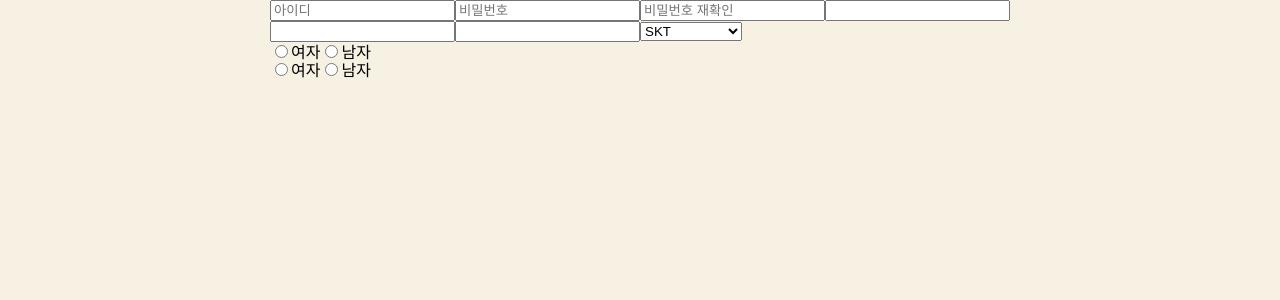
Repository: LeeYuNa0402/pokemon_vite
Page: /CreateAccount
An editor plug-in stored every save of this project. The page is shown before and after the next save, followed by the edit.
The browser window is 1280 px wide. The pictures show the whole page.
The project was rebuilt for these pictures with package versions that can differ from the ones it lists, and the page was loaded fresh each time. Also part of the build but not shown: vite.config.ts, src/CombineMenu.tsx, src/Loading.tsx, src/PokemonList.tsx, src/App.tsx, src/css/pokemon_type.css, src/PokemonDetail.tsx, src/Login.tsx and 1 more.

Above is the page before, as saved 2023-10-17 14:48:20.

### src/main.tsx
// import React from "react";
// import ReactDOM from "react-dom/client";
// import App from "./App.tsx";
// import "./index.css";

// ReactDOM.createRoot(document.getElementById("root")!).render(
//   <>
//     <App />
//   </>
// );

import ReactDOM from "react-dom/client";
import "./index.css";
import App from "./App";
import PokemonDetail from "./PokemonDetail";
import Login from "./Login";
import LoginInfo from "./LoginInfo";

import { createBrowserRouter, RouterProvider } from "react-router-dom";
import CreateAccount from "./CreateAccount";

const router = createBrowserRouter([
  {
    path: "/",
    element: <App />,
  },
  {
    path: ":name",
    element: <PokemonDetail />,
  },
  {
    path: "Login",
    element: <Login />,
  },
  {
    path: "LoginInfo",
    element: <LoginInfo />,
  },
  {
    path: "CreateAccount",
    element: <CreateAccount />,
  },
]);

// const router = createBrowserRouter([
//   {
//     path: "/",
//     element: <Login />,
//   },
//   {
//     path: ":name",
//     element: <PokemonDetail />,
//   },
//   {
//     path: "App",
//     element: <App />,
//   },
//   {
//     path: "LoginInfo",
//     element: <LoginInfo />,
//   },
// ]);

const root = ReactDOM.createRoot(
  document.getElementById("root") as HTMLElement
);
root.render(<RouterProvider router={router} />);

### src/CreateAccount.tsx
const CreateAccount = () => {
  return (
    <div className="CreateAccount">
      <form>
        <input type="text" placeholder="아이디" />
        <input type="password" placeholder="비밀번호" />
        <input type="password" placeholder="비밀번호 재확인" />
        <input type="text" />
      </form>

      <form>
        <input type="text" />
        <input type="생년월일 8자리" />
        <select>
          <option>SKT</option>
          <option>KT</option>
          <option>LG U+</option>
          <option>SKT 알뜰폰</option>
          <option>KT 알뜰폰</option>
          <option>LG U+ 알뜰폰</option>
        </select>
      </form>

      <form>
        <label>
          <input type="radio" value="woman" name="gender" />
          여자
        </label>
        <label>
          <input type="radio" value="man" name="gender" />
          남자
        </label>
      </form>

      <form>
        <label>
          <input type="radio" value="woman" name="gender" />
          여자
        </label>
        <label>
          <input type="radio" value="man" name="gender" />
          남자
        </label>
      </form>
    </div>
  );
};

export default CreateAccount;

### src/css/reset.css
html,
body,
div,
span,
applet,
object,
iframe,
h1,
h2,
h3,
h4,
h5,
h6,
p,
blockquote,
pre,
a,
abbr,
acronym,
address,
big,
cite,
code,
del,
dfn,
em,
img,
ins,
kbd,
q,
s,
samp,
small,
strike,
strong,
sub,
sup,
tt,
var,
b,
u,
i,
center,
dl,
dt,
dd,
ol,
ul,
li,
fieldset,
form,
label,
legend,
table,
caption,
tbody,
tfoot,
thead,
tr,
th,
td,
article,
aside,
canvas,
details,
embed,
figure,
figcaption,
footer,
header,
hgroup,
menu,
nav,
output,
ruby,
section,
summary,
time,
mark,
audio,
video {
  color: #000;
  margin: 0;
  padding: 0;
  border: 0;
  font-size: 100%;
  font: inherit;
  vertical-align: baseline;
  /* color: #000; */
}
/* HTML5 display-role reset for older browsers */
article,
aside,
details,
figcaption,
figure,
footer,
header,
hgroup,
menu,
nav,
section {
  display: block;
}
body {
  line-height: 1;
}
ol,
ul {
  list-style: none;
}
blockquote,
q {
  quotes: none;
}
blockquote:before,
blockquote:after,
q:before,
q:after {
  content: "";
  content: none;
}
table {
  border-collapse: collapse;
  border-spacing: 0;
}

### src/css/style.css
#root {
  display: flex;
  justify-content: center;
  align-items: flex-start;
  /* height: 100vh; */
  /* background-color: rgba(26, 82, 142, 1);
    background-image: linear-gradient(to top, #304667, #041f4c);
    background: linear-gradient(to top, #304667, rgba(66, 16, 100, 0.6)),
      url(../image/cloude.png) no-repeat right 0; */
  background-color: #f6f1e3;
  /* padding: 8rem 0 8rem; */
  min-height: 100vh;
  width: 100%;
}

.pokemon-detail {
  text-align: center;
  width: 41%;
  background-color: #fcfcfc;
  border-radius: 20px;
  padding: 4rem 0;
  --tw-shadow: 0 4px 6px -1px rgb(0 0 0 / 0.1), 0 2px 4px -2px rgb(0 0 0 / 0.1);
  --tw-shadow-colored: 0 4px 6px -1px var(--tw-shadow-color),
    0 2px 4px -2px var(--tw-shadow-color);
  box-shadow: var(--tw-ring-offset-shadow, 0 0 #0000),
    var(--tw-ring-shadow, 0 0 #0000), var(--tw-shadow);
}

.pokemon-detail .name {
  font-size: 2rem;
  font-weight: bold;
  color: #746b4a;
}

.pokemon-detail .detail-img {
  width: 20%;
  border: 1px solid #8d7e49;
  margin: 1rem 0;
  --tw-shadow: 0 4px 6px -1px rgb(0 0 0 / 0.1), 0 2px 4px -2px rgb(0 0 0 / 0.1);
  --tw-shadow-colored: 0 4px 6px -1px var(--tw-shadow-color),
    0 2px 4px -2px var(--tw-shadow-color);
  box-shadow: var(--tw-ring-offset-shadow, 0 0 #0000),
    var(--tw-ring-shadow, 0 0 #0000), var(--tw-shadow);
  border-radius: 2%;
}

.pokemon-detail .characteristic {
  color: #282828;
}

.pokemon-detail .go-back-btn {
  position: absolute;
  top: 31%;
  left: 68.4%;
  transform: translate(-50%);
  background-color: #484848;
  /* width: 35px; */
  /* height: 35px; */
  border: none;
  border: 1px solid #484848;
  cursor: pointer;
  border-radius: 5px;
  transition: 0.3s;
  color: #fff;
  padding: 0.4rem 0.8rem;
}

.pokemon-detail .go-back-btn:hover {
  background-color: #fff;
  color: #000;
}

.pokemon-list {
  /* max-width: 1400px; */
  width: 100%;
  width: 1400px;
  margin-top: 11%;
}

.pokemon-list h1 {
  /* color: #ffc400;
    list-style: none;
    padding-left: 0px;
    text-align: center;
    margin-top: 0;
    font-size: 3rem;
    font-weight: bold; */
  /* padding-top: 5rem; */
}

.pokemon-list .order {
  font-size: 0.9rem;
  color: #b0a48b;
  position: absolute;
  top: 5%;
  left: 5%;
}

.pokemon-list .name {
  color: #746b4a;
}
.main-tit {
  text-align: center;
  color: #4c411a;
  font-size: 3rem;
  font-weight: bold;
}

.pokemon-cont {
  display: flex;
  justify-content: flex-start;
  align-items: center;
  flex-wrap: wrap;
  list-style: none;
  padding-left: 0px;
  margin-top: 3rem;
  padding-bottom: 9rem;
}

.pokemon-cont li {
  position: relative;
  background-color: #fcfcfc;
  width: 24%;
  padding: 2rem 1rem;
  margin-bottom: 1rem;
  margin-right: 1%;
  text-align: center;
  cursor: pointer;
  transition: 0.3s;
  color: #6e623c;
  font-weight: bold;
  font-size: 1.1rem;
  --tw-shadow: 0 4px 6px -1px rgb(0 0 0 / 0.1), 0 2px 4px -2px rgb(0 0 0 / 0.1);
  --tw-shadow-colored: 0 4px 6px -1px var(--tw-shadow-color),
    0 2px 4px -2px var(--tw-shadow-color);
  box-shadow: var(--tw-ring-offset-shadow, 0 0 #0000),
    var(--tw-ring-shadow, 0 0 #0000), var(--tw-shadow);
  border-radius: 18px;
  box-sizing: border-box;
}

.pokemon-cont li:hover {
  transform: scale(1.05);
}

.pokemon-cont li:nth-child(4n) {
  margin-right: 0;
}

.pokemon-detail {
  text-align: center;
  margin: 29vh 0;
}
.pokemon-name {
  font-size: 2rem;
  font-weight: bold;
  color: #ffc400;
}

.main-cha {
  border: 1px solid gray;
  padding: 3rem;
  margin: 1rem 0;
  transition: 0.2s;
  --tw-shadow: 0 4px 6px -1px rgb(0 0 0 / 0.1), 0 2px 4px -2px rgb(0 0 0 / 0.1);
  --tw-shadow-colored: 0 4px 6px -1px var(--tw-shadow-color),
    0 2px 4px -2px var(--tw-shadow-color);
  box-shadow: var(--tw-ring-offset-shadow, 0 0 #0000),
    var(--tw-ring-shadow, 0 0 #0000), var(--tw-shadow);
}

.main-cha:hover {
}

.s-cha {
  border: 1px solid #e8e8e8;
  padding: 1rem;
  margin-right: 1%;
  background-color: #fafafa;
  transition: 0.2s;
  margin-top: 3rem;
}
.s-cha:last-child {
  margin-right: 0;
  margin-top: 1%;
}
.s-cha:hover {
  --tw-shadow: 0 4px 6px -1px rgb(0 0 0 / 0.1), 0 2px 4px -2px rgb(0 0 0 / 0.1);
  --tw-shadow-colored: 0 4px 6px -1px var(--tw-shadow-color),
    0 2px 4px -2px var(--tw-shadow-color);
  box-shadow: var(--tw-ring-offset-shadow, 0 0 #0000),
    var(--tw-ring-shadow, 0 0 #0000), var(--tw-shadow);
}

.abilities {
  display: flex;
  justify-content: center;
  align-items: center;
}
.abilities > div {
  margin-right: 5px;
}

/* ***********************login 페이지************************* */
.Login {
  /* background-color: #f5f5f9;
    width: 100%;
    height: 100vh;
    padding-top: 23vh; */
  padding: 12rem 0;
}
.login-cont {
  background-color: #fcfcfc;
  width: 20%;
  margin: 0 auto;
  padding: 1rem;
  /* text-align: center; */
  padding: 3.5rem 3rem 5rem;
  --tw-shadow: 0 4px 6px -1px rgb(0 0 0 / 0.1), 0 2px 4px -2px rgb(0 0 0 / 0.1);
  --tw-shadow-colored: 0 4px 6px -1px var(--tw-shadow-color),
    0 2px 4px -2px var(--tw-shadow-color);
  box-shadow: var(--tw-ring-offset-shadow, 0 0 #0000),
    var(--tw-ring-shadow, 0 0 #0000), var(--tw-shadow);
  border-radius: 10px;
  color: #373737;
}

.forgot-pass {
  position: absolute;
  right: 0;
  top: 0;
  color: #696cff;
  font-size: 0.8rem;
}

.password-wrap {
  position: relative;
}
.fontawesome-eye {
  position: absolute;
  right: 2%;
  padding: 5px;
  /* border: 1px solid red; */
  top: 37%;
  cursor: pointer;
}
.Login .pokemon-logo {
  width: 43%;
  display: block;
  margin: 0 auto 2rem;
}

.Login h2 {
  font-size: 1.2rem;
  margin-bottom: 0.2rem;
}

.Login p {
  font-size: 1rem;
}
.Login form {
  margin: 2rem 0 1.3rem;
}
.Login form input {
  width: 100%;
  padding: 0.6rem 0.2rem;
  margin-top: 7px;
  border-radius: 7px;
  outline: 0;
  border: 1px solid #c7cdd4;
  border-radius: 0.375rem;
  box-sizing: border-box;
  background-color: rgb(216 216 216 / 30%);
  color: #656565;
}

.Login form input:focus {
  outline: none;
  border-color: #696cff !important;
}

.Login form label {
  display: block;
  text-align: left;
  font-weight: bold;
  color: #4f4d4d;
  cursor: pointer;
}

.Login .sign-in {
  display: block;
  margin: 0 auto;
  background: linear-gradient(to bottom, rgb(57 42 88) 0%, rgb(68 79 116) 100%);
  color: white;
  padding: 10px 30px;
  border: 1px solid rgba(0, 0, 0, 0.21);
  border-bottom: 4px solid rgb(39 49 83);
  border-radius: 4px;
  text-shadow: 0 1px 0 rgba(0, 0, 0, 0.15);
  transition: 0.3s;
  width: 100%;
  cursor: pointer;
}

.Login .sign-in:hover {
  transform: translateY(5px);
  background: linear-gradient(to bottom, rgb(48 34 76) 0%, rgb(60 72 112) 100%);
}

.Login .check-remember input {
  width: auto;
}

.Login label {
  font-size: 0.9rem;
}

.Login input {
  margin-bottom: 15px;
}
.Login input[type="password"] {
  /* margin-bottom: 8px; */
}

.Login input[type="checkbox"] {
  margin-right: 5px;
}

button[disabled] {
  background: linear-gradient(
    to bottom,
    rgb(196 200 203) 0%,
    rgb(154 154 154) 100%
  ) !important;
  cursor: default !important;
  border-bottom: 4px solid rgb(142 145 146) !important;
}
button[disabled]:hover {
  transform: translateY(0) !important;
}
.create-account-wrap {
  text-align: center;
  margin-top: 1rem;
}
.create-account {
  color: #696cff;
}

/* ***********************LoginInfo 페이지************************* */
.logininfo {
  text-align: center;
  background-color: #ededed;
  padding: 5rem;
  border-radius: 15px;

  width: 19%;
}

.logininfo .member {
  font-size: 1.8rem;
  font-weight: bold;
  margin-bottom: 6rem;
}

.logininfo button {
  margin: 0 auto;
  color: white;
  border: 1px solid rgba(0, 0, 0, 0.21);
  border-radius: 4px;
  text-shadow: 0 1px 0 rgba(0, 0, 0, 0.15);
  transition: 0.3s;
  width: 49%;
  cursor: pointer;
  height: 45px;
  line-height: 44px;

  background: linear-gradient(to bottom, rgb(57 42 88) 0%, rgb(68 79 116) 100%);
  border: 1px solid rgba(0, 0, 0, 0.21);
  border-bottom: 4px solid rgb(39 49 83);
}

.logininfo button:first-child {
  margin-right: 1%;
}

/* .combine-menu */
.combine-menu {
  width: 100%;
  position: fixed;
  top: 0;
  height: 60px;
}

.combine-menu .login {
}

.combine-menu .profile {
  color: #fff;
  position: absolute;
  right: 2%;
  top: 50%;
  transform: translateY(-50%);
  display: flex;
  justify-content: space-around;
  align-items: center;
  width: 10%;
}
.combine-menu .profile .profile-name {
  text-shadow: 0 0 4px #fff;
  animation: flicker 3s infinite alternate;
  display: flex;
  justify-content: center;
  align-items: center;
  color: #fff;
}

.combine-menu .profile .name img {
  vertical-align: sub;
  margin-right: 5px;
}

@keyframes flicker {
  /* 0%,
    18%,
    22%,
    25%,
    53%,
    57%,
    100% {
      text-shadow: 0 0 4px #fff, 0 0 11px #fff, 0 0 20px rgb(241, 255, 43);
    }
    20%,
    24%,
    55% {
      text-shadow: none;
    } */
  50% {
    /* opacity: 0; */
    text-shadow: none;
  }
}

.combine-menu {
  width: 100%;
  background-color: #282828;
  position: fixed;
  left: 0;
  top: 0;
  display: flex;
  justify-content: center;
  align-items: center;
  color: #fff;
  z-index: 2;
}

.combine-menu .login {
  cursor: pointer;
  color: #fff;
  transition: 0.2s;
}

.combine-menu .login:hover {
  color: #f6c50b;
}

.combine-menu .logo {
  width: 4%;
}

.appear {
  display: block;
}

.disappear {
  display: none;
}

/* loading */
.loading {
  font-size: 4rem;
  color: #000;
  font-weight: bold;
  text-align: center;
}

.pokemon-search {
  text-align: center;
  margin-top: 3rem;
}

.pokemon-search label {
  margin-left: 1rem;
  font-weight: bold;
  color: #5e5534;
}

.pokemon-search input {
  width: 220px;
}
.pokemon-search select {
  width: 80px;
}

.pokemon-search input::placeholder {
  padding-left: 8px;
}

.pokemon-search input,
.pokemon-search select {
  margin-left: 7px;
  border-radius: 5px;
  border: 1px solid #8d8d8d;
  height: 35px;
  background-color: #fffbf0;
  color: #000;
}
.pokemon-search input:focus,
.pokemon-search select:focus {
  outline: none;
}

Loaded but not shown: index.html (common file); src/index.css (common file)

After the next save:
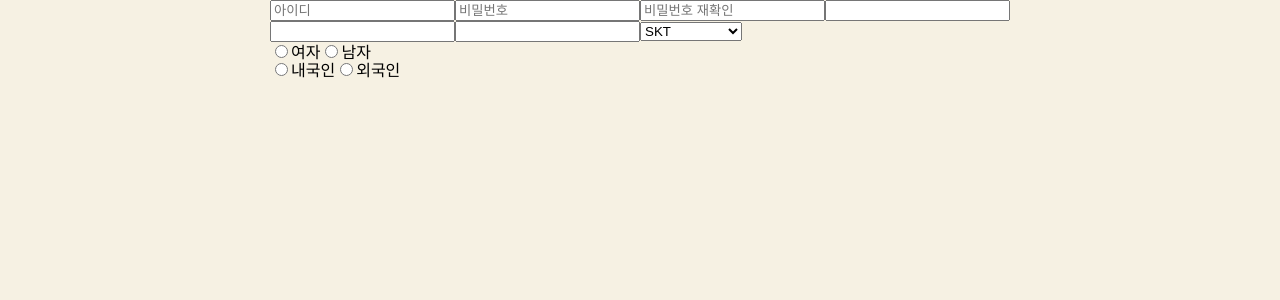
Saved 14 s later.
--- a/src/CreateAccount.tsx
+++ b/src/CreateAccount.tsx
@@ -35,11 +35,11 @@
       <form>
         <label>
           <input type="radio" value="woman" name="gender" />
-          여자
+          내국인
         </label>
         <label>
           <input type="radio" value="man" name="gender" />
-          남자
+          외국인
         </label>
       </form>
     </div>
